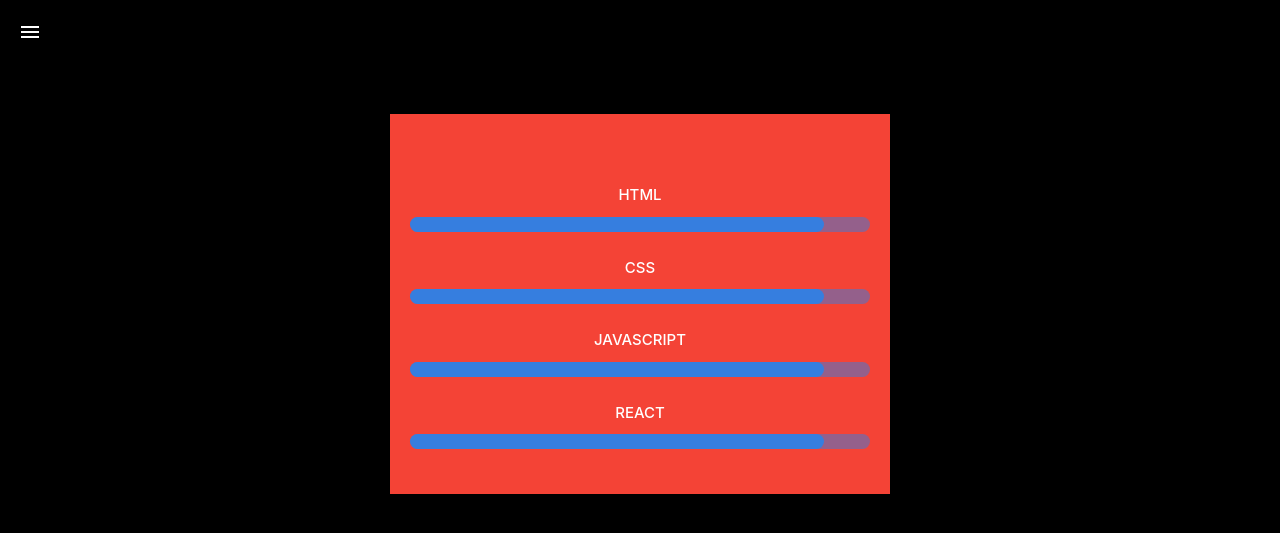
Repository: Ajtheult/portfolio.v3
Page: /skills
The author's editor kept a copy of each file at every save. The page is drawn from the files as they stood at one save, then again after the next save.
The browser window is 1280 px wide. The pictures show the whole page.
Some web fonts or font styles are not loaded; a fallback is used. The project was rebuilt for these pictures with package versions that can differ from the ones it lists, and the page was loaded fresh each time. Also part of the build but not shown: src/components/layout/pages/Home.js, src/components/layout/pages/MyWork.js, src/components/layout/pages/Testimonials.js.

Above is the page before, as saved 2020-07-19 17:31:37.

### public/index.html
<!DOCTYPE html>
<html lang="en">
  <head>
    <meta charset="utf-8" />
    <link rel="icon" href="%PUBLIC_URL%/favicon.ico" />
    <meta name="viewport" content="width=device-width, initial-scale=1" />
    <meta name="theme-color" content="#000000" />
    <meta
      name="description"
      content="Web site created using create-react-app"
    />

    <link rel="manifest" href="%PUBLIC_URL%/manifest.json" />
    <link
      href="https://fonts.googleapis.com/css2?family=Marck+Script&display=swap"
      rel="stylesheet"
    />
    <link
      href="https://fonts.googleapis.com/css2?family=Gruppo&display=swap"
      rel="stylesheet"
    />
    <link rel="manifest" href="%PUBLIC_URL%/manifest.json" />

    <link
      rel="stylesheet"
      href="https://fonts.googleapis.com/icon?family=Material+Icons"
    />

    <link
      rel="stylesheet"
      href="https://use.fontawesome.com/releases/v5.7.2/css/all.css"
      integrity="sha384-fnmOCqbTlWIlj8LyTjo7mOUStjsKC4pOpQbqyi7RrhN7udi9RwhKkMHpvLbHG9Sr"
      crossorigin="anonymous"
    />
    <title>Portfolio.v3</title>
  </head>
  <body>
    <noscript>You need to enable JavaScript to run this app.</noscript>
    <div id="root"></div>
  </body>
</html>

### src/index.js
import React from "react";
import ReactDOM from "react-dom";
import App from "./App";
import "materialize-css/dist/css/materialize.min.css";

ReactDOM.render(
  <React.StrictMode>
    <App />
  </React.StrictMode>,
  document.getElementById("root")
);

### src/App.js
import React from "react";

import { Home } from "./components/layout/pages/Home";
import { Skills } from "./components/layout/pages/Skills";
import { MyWork } from "./components/layout/pages/MyWork";
import { Testimonials } from "./components/layout/pages/Testimonials";
import Navbar from "./components/layout/navbar/Navbar";

import { BrowserRouter as Router, Route, Switch } from "react-router-dom";
import "./App.css";

function App() {
  return (
    <Router>
      <div className="App">
        <Navbar />

        <Switch>
          <Route exact path="/portfolio-v3" component={Home} />
          <Route path="/skills" component={Skills} />
          <Route path="/mywork" component={MyWork} />
          <Route path="/testimonials" component={Testimonials} />
        </Switch>
      </div>
    </Router>
  );
}

export default App;

### src/components/layout/pages/Skills.js
import React from "react";
import "../../../App.css";
export const Skills = () => {
  return (
    <div class="containing_skills red body">
      <ul>
        <li className="html skills_li">HTML</li>
        <li className="css skills_li">CSS</li>
        <li className="js skills_li">JavaScript</li>
        <li className="react skills_li">React</li>
      </ul>
    </div>
  );
};

### src/components/layout/navbar/Navbar.js
/* eslint-disable no-unused-vars */
import React, { Component } from "react";
import M from "materialize-css/dist/js/materialize.min.js";
import me from "./me.jpg";
import music from "./music.jpg";
import "../../../App.css";
import { Link } from "react-router-dom";

export class Navbar extends Component {
  componentDidMount() {
    document.addEventListener("DOMContentLoaded", function () {
      var elems = document.querySelectorAll(".sidenav");
      var instances = M.Sidenav.init(elems, {});
    });
  }

  render() {
    return (
      <div>
        <nav>
          <div className="nav-wrapper colour">
            <a
              href="#home"
              data-target="slide-out"
              className="sidenav-trigger show-on-large"
            >
              <i className="material-icons">menu</i>
            </a>
          </div>
        </nav>

        <ul id="slide-out" className="sidenav">
          <li>
            <div className="user-view">
              <div className="background">
                <img className="background_img" src={music} alt="img" />
              </div>

              <img className="circle" src={me} alt="img of me" />

              <span className="black-text name move_me">Asaph Franks</span>

              <span className="black-text email  move_me">
                Asaphfranksboi@gmail.com
              </span>
            </div>
            {/* Change font so that the name can be better read */}
          </li>
          <Link to="/portfolio-v3">
            <br />
            <li className="colour_of_nav">Home</li>
          </Link>{" "}
          <br />
          <Link to="/skills">
            <li className="colour_of_nav">Skills</li>
          </Link>
          <br />
          <Link to="/mywork">
            <li className="colour_of_nav">Work</li>
          </Link>
          <br />
          <Link to="/testimonials">
            <li className="colour_of_nav">Testimonials</li>
          </Link>
        </ul>
      </div>
    );
  }
}

export default Navbar;

### src/App.css
.App {
  text-align: center;
}

body {
  background-color: black;
  color: white;
}
.background_img {
  width: 100%;
  height: 100%;
}

.move_me {
  text-align: left;
}

.colour {
  background-color: black;
}

img.bg {
  /* Set rules to fill background */
  min-height: 100%;
  min-width: 1024px;

  /* Set up proportionate scaling */
  width: 100%;
  height: auto;

  /* Set up positioning */
  position: fixed;
  top: 0;
  left: 0;
  z-index: -1;
}

div.admin-bg {
  /* Set up positioning */
  position: fixed;
  top: 0;
  left: 0;
  z-index: -1;
  background-color: black;
}

@media screen and (max-width: 1024px) {
  /* Specific to this particular image */
  img.bg {
    left: 50%;
    margin-left: -512px; /* 50% */
  }
}

.intro_name_top {
  font-family: "Marck Script", cursive;
  font-size: 130px;
  color: black;
  text-shadow: 2px 0 0 #fff, -2px 0 0 #fff, 0 2px 0 #fff, 0 -2px 0 #fff,
    1px 1px #fff, -1px -1px 0 #fff, 1px -1px 0 #fff, -1px 1px 0 #fff;
}
.testimonial_title {
  font-family: "Marck Script", cursive;
  color: black;
  font-size: 80px;
  text-shadow: 2px 0 0 #fff, -2px 0 0 #fff, 0 2px 0 #fff, 0 -2px 0 #fff,
    1px 1px #fff, -1px -1px 0 #fff, 1px -1px 0 #fff, -1px 1px 0 #fff;
}

.intro_name_bottom {
  font-size: 60px;
  color: #000000;
  font-weight: bold;
  text-shadow: 2px 0 0 #fff, -2px 0 0 #fff, 0 2px 0 #fff, 0 -2px 0 #fff,
    1px 1px #fff, -1px -1px 0 #fff, 1px -1px 0 #fff, -1px 1px 0 #fff;
  font-family: "Gruppo", cursive;
}

.logos {
  text-align: left;
  font-size: 30px;
}

.contact-title {
  margin-top: -5px;
  font-family: "Marck Script", cursive;
  font-size: 90px;
  color: black;
  text-shadow: 2px 0 0 #fff, -2px 0 0 #fff, 0 2px 0 #fff, 0 -2px 0 #fff,
    1px 1px #fff, -1px -1px 0 #fff, 1px -1px 0 #fff, -1px 1px 0 #fff;
}

.about-title {
  margin-top: 1px;
  font-family: "Marck Script", cursive;
  font-size: 80px;
  color: black;
  text-shadow: 2px 0 0 #fff, -2px 0 0 #fff, 0 2px 0 #fff, 0 -2px 0 #fff,
    1px 1px #fff, -1px -1px 0 #fff, 1px -1px 0 #fff, -1px 1px 0 #fff;
}

.student_bio {
  margin-top: 2%;
  font-size: 23px;
}

.big_frontend {
  font-size: 40px;
  font-family: "Gruppo", cursive;
}

.move_the_name {
  margin-top: -12px;
  font-size: 20px;
  font-weight: bold;
}

.enlarge_paragraph {
  font-size: 22px;
  font-family: "Times New Roman", Times, serif;
}

.my_info {
  font-size: 30px;
  text-align: left;
  font-family: "Gruppo", cursive;
}

.my_info_2 {
  font-size: 20px;
  text-align: left;
  line-height: 8px;
  font-family: "Times New Roman", Times, serif;
}

.my_info_3 {
  font-size: 25px;
  text-align: left;
  line-height: 8px;
  font-family: "Times New Roman", Times, serif;
}

.black_text {
  color: black;
}

.passion_heading {
  text-align: center;
  font-family: "Marck Script", cursive;
  font-size: 45px;
}

.passion_content {
  font-family: "Gruppo", cursive;
  font-weight: bold;
  line-height: 25px;
}

.margin_on_top {
  margin-top: 1px;
  font-size: 20px;
  font-family: "Marck Script", cursive;
  font-weight: bold;
}

.my_work_desc {
  font-size: 20px;
  font-family: "Times New Roman", Times, serif;
}

.my_work_title {
  font-family: "Gruppo", cursive;
  color: black;
  font-size: 30px;
  text-shadow: 2px 0 0 rgb(0, 0, 0), -2px 0 0 rgb(0, 0, 0), 0 2px 0 #fff,
    0 -2px 0 #fff, 1px 1px #fff, -1px -1px 0 #fff, 1px -1px 0 #fff,
    -1px 1px 0 #fff;
}

.link-size {
  font-size: 40px;
  margin-top: -40px;
  padding: 1%;
  text-align: left;
  margin-left: 60px;
  font-family: "Gruppo", cursive;
  color: blue;
}

.button_margin {
  margin-top: 5px;
}

.work_title {
  font-family: "Marck Script", cursive;
  color: black;
  font-size: 50px;
  text-shadow: 2px 0 0 #fff, -2px 0 0 #fff, 0 2px 0 #fff, 0 -2px 0 #fff,
    1px 1px #fff, -1px -1px 0 #fff, 1px -1px 0 #fff, -1px 1px 0 #fff;
}

.colour_of_nav {
  color: black;
  margin-top: -30px;
}

.style_for_landingpage {
  margin-left: 15.5%;
  margin-top: 6%;
  position: absolute;
  padding: 50px;
  width: 70%;
  transform: "translate(-50%, -50%)";
}

.containing_skills {
  width: 500px;
  margin: 50px auto 0;
  padding: 20px;
}

.skills_li {
  position: relative;
  list-style: none;
  margin: 50px 0;
  font-weight: 500;
  text-transform: uppercase;
}

.skills_li:before {
  content: "";
  position: absolute;
  top: calc(100% + 10px);
  left: 0;
  width: 100%;
  height: 15px;
  background-color: rgba(54, 126, 223, 0.5);
  border-radius: 1000px;
}

.skills_li:after {
  content: "";
  position: absolute;
  top: calc(100% + 10px);
  left: 0;
  width: 0;
  height: 15px;
  background-color: rgba(54, 126, 223, 1);
  border-radius: 1000px;
  animation-duration: 0.7s;
  animation-timing-function: ease;
  animation-fill-mode: forwards;
}

.html:after {
  animation-name: html;
}

@keyframes html {
  to {
    width: 90%;
  }
}

.css:after {
  animation-name: css;
}

@keyframes css {
  to {
    width: 90%;
  }
}

.js:after {
  animation-name: js;
}

@keyframes js {
  to {
    width: 90%;
  }
}

.react:after {
  animation-name: react;
}

@keyframes react {
  to {
    width: 90%;
  }
}

After the next save:
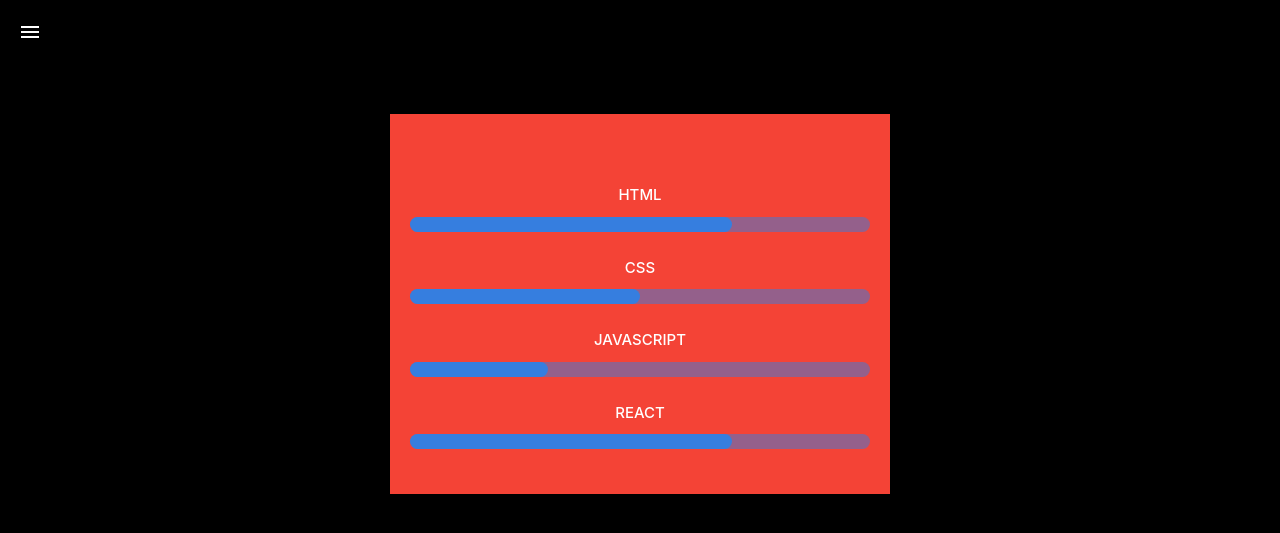
Saved 55 s later.
--- a/src/App.css
+++ b/src/App.css
@@ -258,7 +258,7 @@ div.admin-bg {
 
 @keyframes html {
   to {
-    width: 90%;
+    width: 70%;
   }
 }
 
@@ -268,7 +268,7 @@ div.admin-bg {
 
 @keyframes css {
   to {
-    width: 90%;
+    width: 50%;
   }
 }
 
@@ -278,7 +278,7 @@ div.admin-bg {
 
 @keyframes js {
   to {
-    width: 90%;
+    width: 30%;
   }
 }
 
@@ -288,6 +288,6 @@ div.admin-bg {
 
 @keyframes react {
   to {
-    width: 90%;
-  }
-}
+    width: 70%;
+  }
+}
